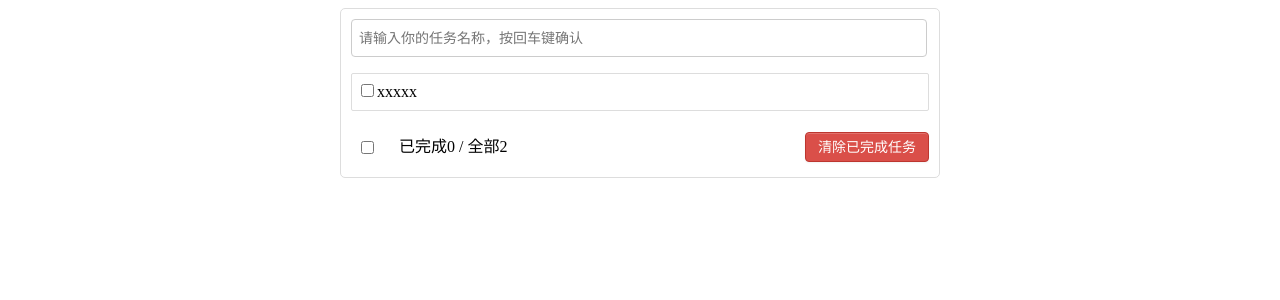
Repository: 319226862/wyy
Page: / (app in vue_test/)
These files come from the project's save history. The page is drawn as it stood at one moment and after the next save; the edit follows.
The browser window is 1280 px wide. The pictures show the whole page.
The project was rebuilt for these pictures with package versions that can differ from the ones it lists, and the page was loaded fresh each time. Also part of the build but not shown: vue_test/vue.config.js.

Above is the page before, as saved 2023-06-20 14:26:15.

After the next save:
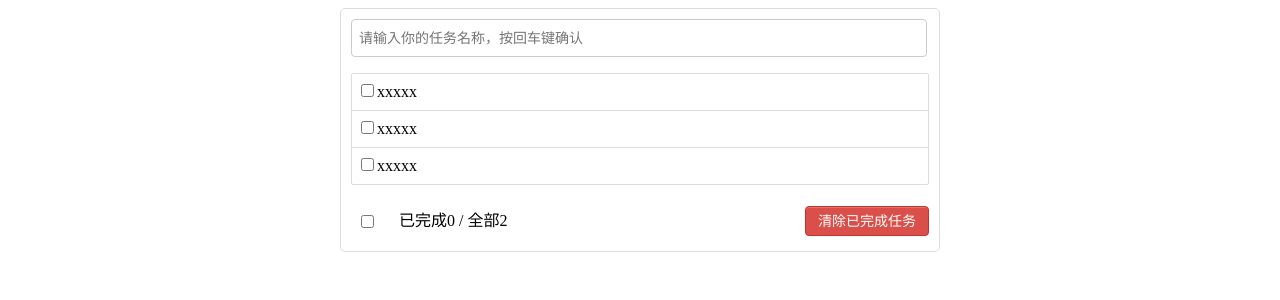
Saved 94 s later.
--- a/vue_test/src/components/MyList.vue
+++ b/vue_test/src/components/MyList.vue
@@ -1,6 +1,6 @@
 <template>
   <ul class="todo-main">
-    <MyItem />
+    <MyItem v-for="todo in todos" :key="todo.id"/>
   </ul>
 </template>
 
